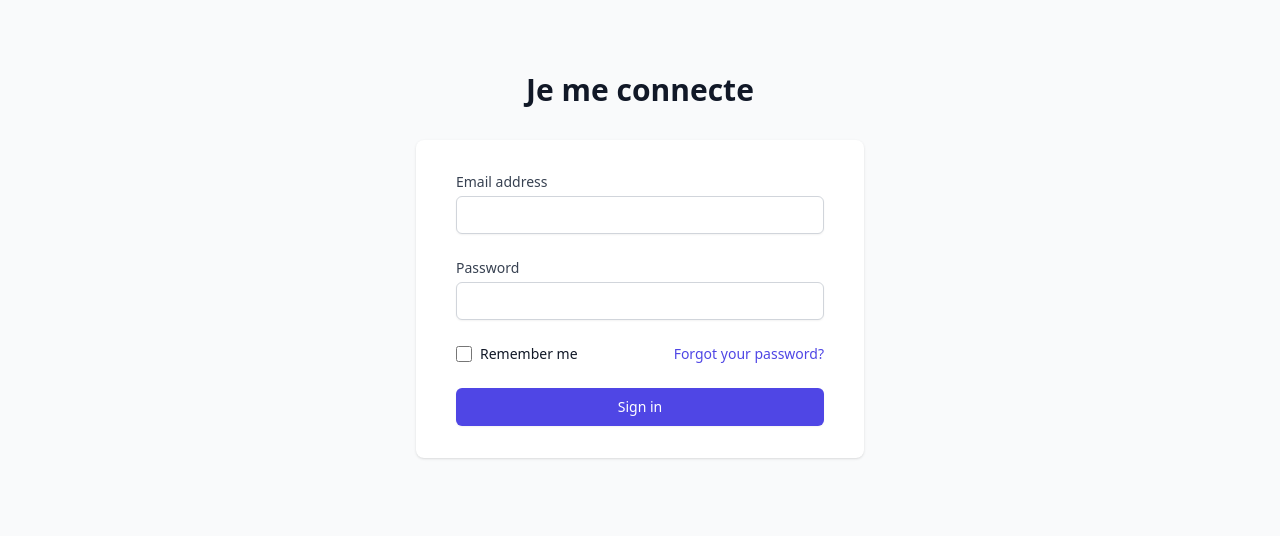
Repository: Dydja/dashAlladjai
Page: /
The author's editor kept a copy of each file at every save. The page is drawn from the files as they stood at one save, then again after the next save.
The browser window is 1280 px wide. The pictures show the whole page.
The project was rebuilt for these pictures with package versions that can differ from the ones it lists, and the page was loaded fresh each time. Also part of the build but not shown: vite.config.js.

Above is the page before, as saved 2024-01-28 21:45:45.

After the next save:
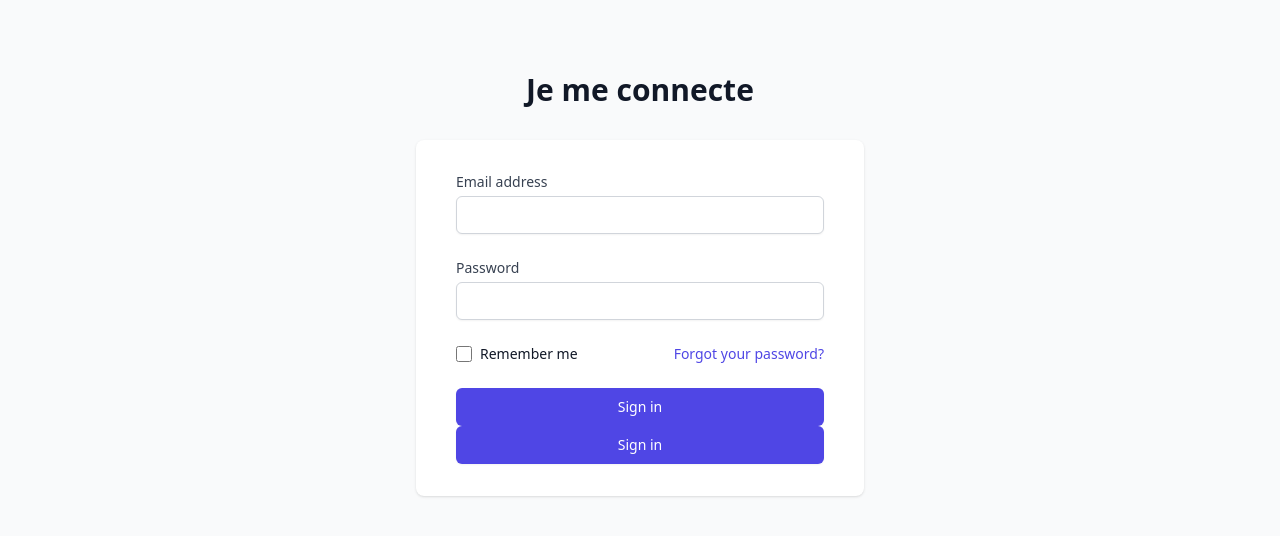
Saved 18 s later.
--- a/src/views/auth/LoginView.vue
+++ b/src/views/auth/LoginView.vue
@@ -35,7 +35,13 @@
                     <div>
                         <button type="submit"
                             class="w-full flex justify-center py-2 px-4 border border-transparent rounded-md shadow-sm text-sm font-medium text-white bg-indigo-600 hover:bg-indigo-700 focus:outline-none focus:ring-2 focus:ring-offset-2 focus:ring-indigo-500">Sign
-                            in</button>
+                            in
+                        </button>
+
+                        <button type="submit"
+                            class="w-full flex justify-center py-2 px-4 border border-transparent rounded-md shadow-sm text-sm font-medium text-white bg-indigo-600 hover:bg-indigo-700 focus:outline-none focus:ring-2 focus:ring-offset-2 focus:ring-indigo-500">Sign
+                            in
+                        </button>
                     </div>
                 </form>
             </div>
